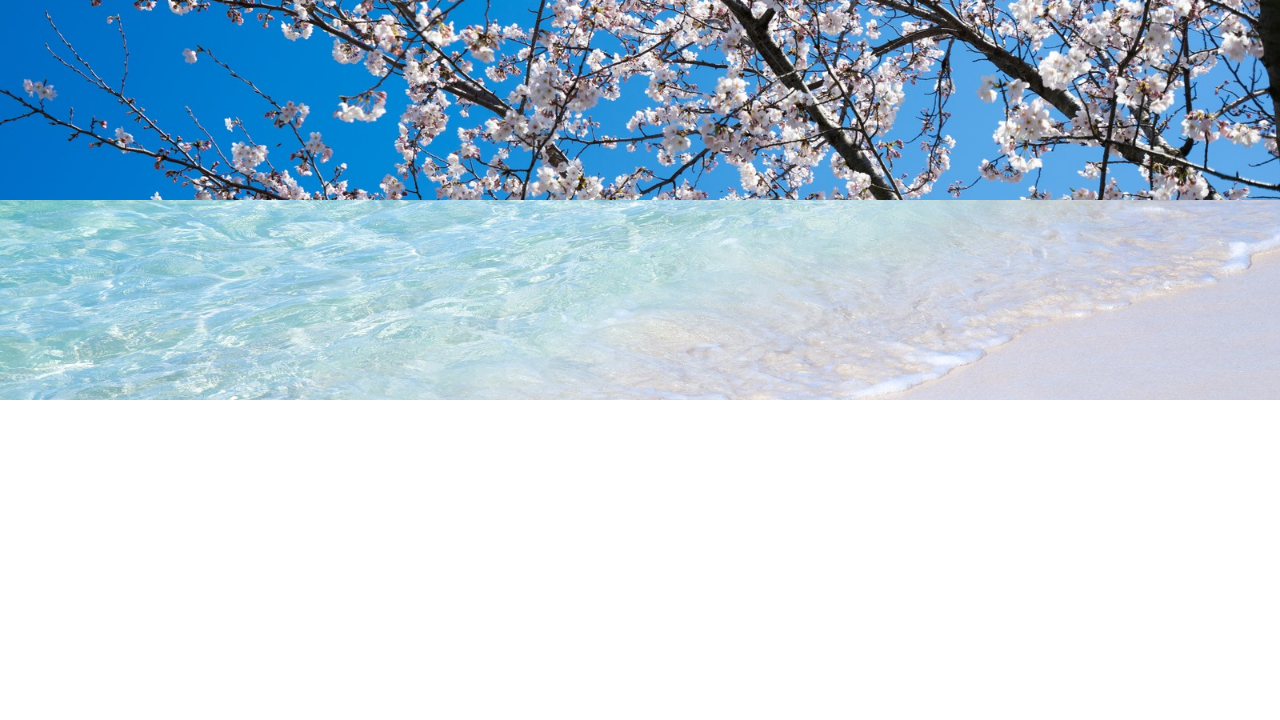
Repository: RAM-OK/git-practice
Page: chapter6/index.html
The author's editor kept a record of every edit. The page is drawn from the files as they stood at one moment, then again after the next edit.
The browser window is 1280 px wide. The pictures show the whole page.

Above is the page before.

### chapter6/index.html
<!DOCTYPE html>
<html lang="ja">
  <head>
    <meta charset="UTF-8">
    <title>Season</title>
    <link rel="stylesheet" href="style.css">
  </head>

  <body>
    <div class="box1"></div>
    <div class="box2"></div>
    <div class="box3"></div>
    <div class="box4"></div>
  </body>
</html>

### chapter6/style.css
* {
  margin: 0;
  bottom: 0;
  box-sizing: border-box;
}

.box1 {
  height: 200px;
  background-image: url(img/box1.jpg);
  background-size: cover;
  background-position: center;
}

.box2 {
  height: 200px;
  background-image: url(img/box2.jpg);
  background-size: cover;
  background-position: center;
}

After the next edit:
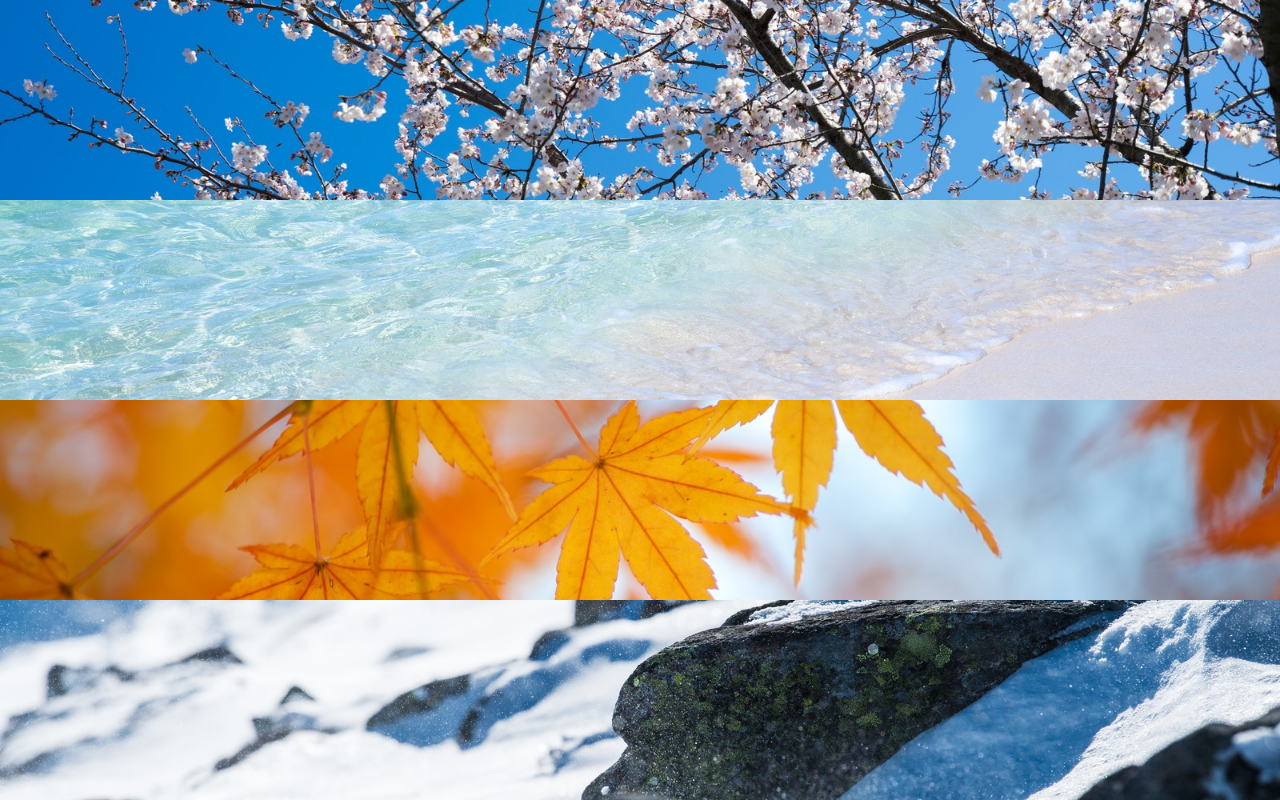
The edit:
--- a/chapter6/style.css
+++ b/chapter6/style.css
@@ -17,3 +17,17 @@
   background-size: cover;
   background-position: center;
 }
+
+.box3 {
+  height: 200px;
+  background-image: url(img/box3.jpg);
+  background-size: cover;
+  background-position: center;
+}
+
+.box4 {
+  height: 200px;
+  background-image: url(img/box4.jpg);
+  background-size: cover;
+  background-position: center;
+}
